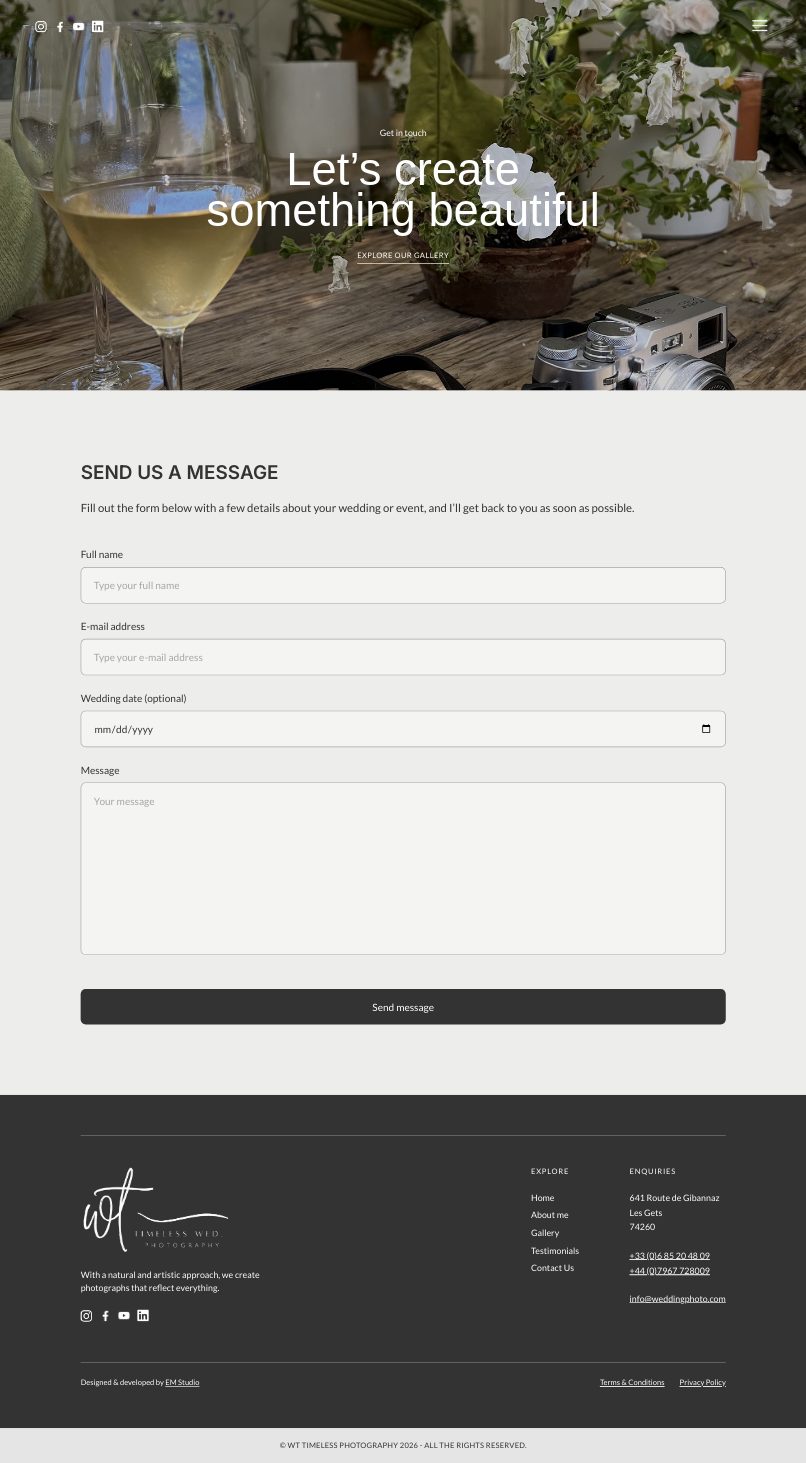
Repository: eduarda-magnago/wt-photography
Page: /contact
An editor plug-in stored every save of this project. The page is shown before and after the next save, followed by the edit.
The browser window is 1280 px wide. The pictures show the whole page, at 63% of full size.
Some web fonts or font styles are not loaded; a fallback is used. The project was rebuilt for these pictures with package versions that can differ from the ones it lists, and the page was loaded fresh each time. The framework's server and built-in components were replaced by stand-ins that run in the browser. Also part of the build but not shown: next.config.ts.

Above is the page before, as saved 2026-10-14 12:19:09.

After the next save:
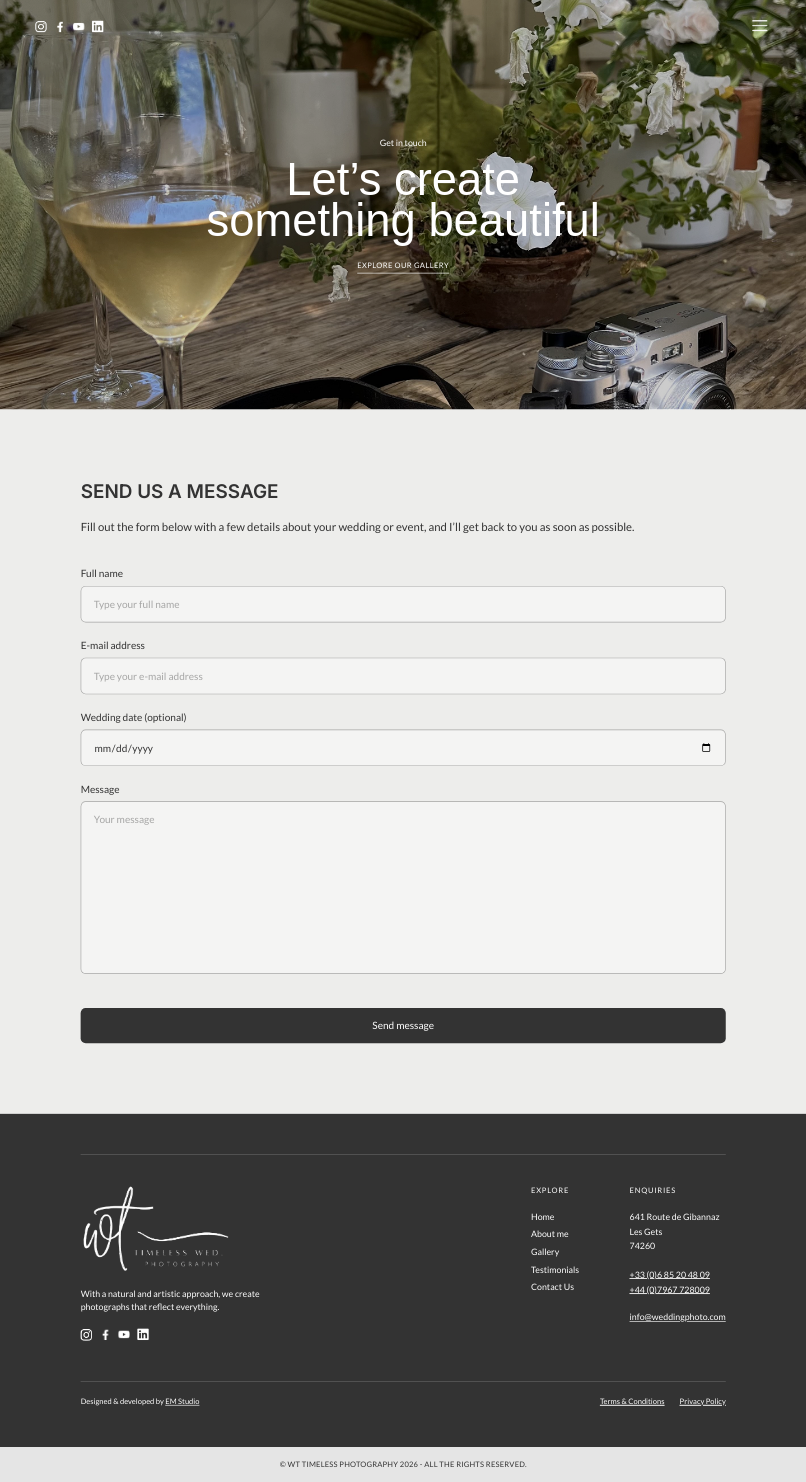
Saved 30 s later.
--- a/components/hero.tsx
+++ b/components/hero.tsx
@@ -17,7 +17,7 @@ export default function Hero({
   ctaHref = "/#gallery",
 }: HeroProps) {
   return (
-    <section className="relative flex h-[70vh] min-h-[620px] items-center justify-center overflow-hidden">
+    <section className="relative flex h-[70vh] min-h-[650px] items-center justify-center overflow-hidden">
       <Image
         src="/img/hero.png"
         alt=""
